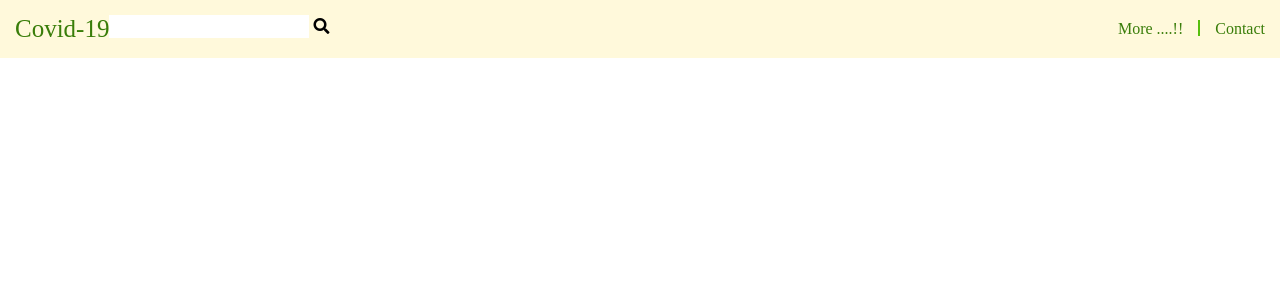
Repository: thuongton98/Covid
Page: html-css-js/index.html
These files come from the project's save history. The page is drawn as it stood at one moment and after the next save; the edit follows.
The browser window is 1280 px wide. The pictures show the whole page.

Above is the page before, as saved 2021-07-01 09:08:55.

### html-css-js/index.html
<!DOCTYPE html>
<html lang="en">
<head>
    <meta charset="UTF-8">
    <meta http-equiv="X-UA-Compatible" content="IE=edge">
    <meta name="viewport" content="width=device-width, initial-scale=1.0">
    <link rel="stylesheet" href="https://use.fontawesome.com/releases/v5.15.3/css/all.css" integrity="sha384-SZXxX4whJ79/gErwcOYf+zWLeJdY/qpuqC4cAa9rOGUstPomtqpuNWT9wdPEn2fk" crossorigin="anonymous">
    <link rel="stylesheet" href="./styles.css">
    <title>Covid-19</title>
</head>
<body>
    <nav>
        <div class="icon">
            <div class="icon-i">Covid-19</div>
            <div class="icon-search">
                <input type="text">
                <i class="fas fa-search"></i>
            </div>

        </div>
        <ul class="nav-i">
            <li>More ....!!</li>
            <li>Contact</li>
        </ul>
    </nav>
</body>
</html>

### html-css-js/styles.css

*{
    padding: 0;
    margin: 0;
    box-sizing: border-box;
}



nav{
    background-color: #fff9db;
    display: flex;
    justify-content: space-between;
    padding:15px
}


nav .icon{
    display: flex;
}

nav .nav-i{
    display: flex;
}

nav .nav-i li{
    list-style: none;
    padding-right: 15px;
    padding-top:5px;
    color:#397d09;
    cursor: pointer;
}

nav .nav-i li:hover{
    color:#57bf0d;
}

nav .nav-i li:last-child{
    padding-right:0;
}

nav .nav-i li:after{
    content: '';
    border: 1px solid #57bf0d;
    margin-left:15px;
    font-size: 12px;
    position: relative;
    top:-2px;
}

nav .nav-i li:last-child::after{
    display: none;
}

nav .icon .icon-i{
    font-size: 25px;
    color: #397d09;
    cursor: pointer;
}

nav .icon .icon-search input{
   padding: 1px;
   width: 200px;
   outline: none;
   border: none;
   font-size: 18px;
}

After the next save:
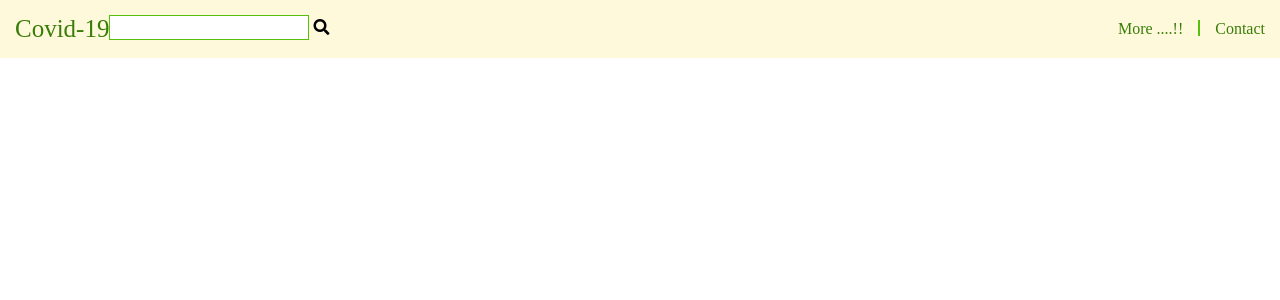
Saved 14 s later.
--- a/html-css-js/styles.css
+++ b/html-css-js/styles.css
@@ -64,4 +64,5 @@ nav .icon .icon-search input{
    outline: none;
    border: none;
    font-size: 18px;
+   border:1px solid #57bf0d
 }
